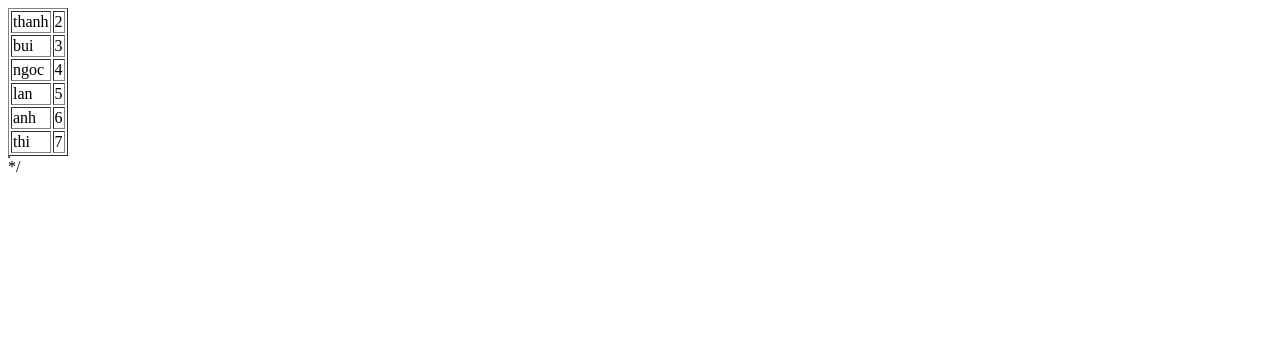
Repository: thanhbui99/java-eclipse
Page: http://localhost/exampleJsp/indexProcess.jsp
The author's editor kept a copy of each file at every save. The page is drawn from the files as they stood at one save, then again after the next save.
The browser window is 1280 px wide. The pictures show the whole page.
The page is served by Tomcat 9. Other server files are loaded and not shown.

Above is the page before, as saved 2020-10-30 12:08:10.

### workspace/exampleJsp/WebContent/indexProcess.jsp
<%@ page language="java" contentType="text/html; charset=UTF-8"
	pageEncoding="UTF-8"%>
<%@page import=" myPack.Users"%>
<%@page import="myPack.DAO"%>
<%@page import="myPack.Student"%>
<%@page import="myPack.StudentDAO"%>
<%@page import="java.util.*"%>
<!DOCTYPE html PUBLIC "-//W3C//DTD HTML 4.01 Transitional//EN" "http://www.w3.org/TR/html4/loose.dtd">
<html>
<head>
<meta http-equiv="Content-Type" content="text/html; charset=UTF-8">
<title>Index Process</title>
</head>
<body>
	<%
		request.setAttribute("indo", StudentDAO.exportStudent());
		RequestDispatcher rd = request.getRequestDispatcher("Display.jsp");
		rd.forward(request, response);
	%>
</body>
</html>

### workspace/exampleJsp/WebContent/Display.jsp
<%@ page language="java" contentType="text/html; charset=UTF-8"
	pageEncoding="UTF-8"%>
<%@ taglib prefix="c" uri="http://java.sun.com/jstl/core_rt"%>

<!DOCTYPE html PUBLIC "-//W3C//DTD HTML 4.01 Transitional//EN" "http://www.w3.org/TR/html4/loose.dtd">
<html>
<head>
<meta http-equiv="Content-Type" content="text/html; charset=UTF-8">
<title>Display Page</title>
</head>
<body>
	<table border="1">
		<c:forEach items="${indo}" var="list">
				<tr>
					<td>${list.name}</td>
					<td>${list.stt}</td>
				</tr>
		</c:forEach>
	</table>
	<table border="1">
		<c:forEach items="${indo}" var="list">
			<c:if test="${list.stt}>3">
				<tr>
					<td>${list.name}</td>
					<td>${list.stt}</td>
				</tr>
			</c:if>
		</c:forEach>
	</table>*/
</body>
</html>

### workspace/exampleJsp/src/myPack/StudentDAO.java
package myPack;

import java.util.*;

public class StudentDAO {
	public static List<Student> exportStudent() {
		List<Student> list = new ArrayList<Student>();
		list.add(new Student("thanh", 2));
		list.add(new Student("bui", 3));
		list.add(new Student("ngoc", 4));
		list.add(new Student("lan", 5));
		list.add(new Student("anh", 6));
		list.add(new Student("thi", 7));
		return list;
	}
}

### workspace/exampleJsp/src/myPack/Student.java
package myPack;

public class Student {
	private String name;
	private int stt;

	public Student(String name, int stt) {
		super();
		this.name = name;
		this.stt = stt;
	}

	public Student() {
		super();
	}

	public String getName() {
		return name;
	}

	public void setName(String name) {
		this.name = name;
	}

	public int getStt() {
		return stt;
	}

	public void setStt(int stt) {
		this.stt = stt;
	}

}

After the next save:
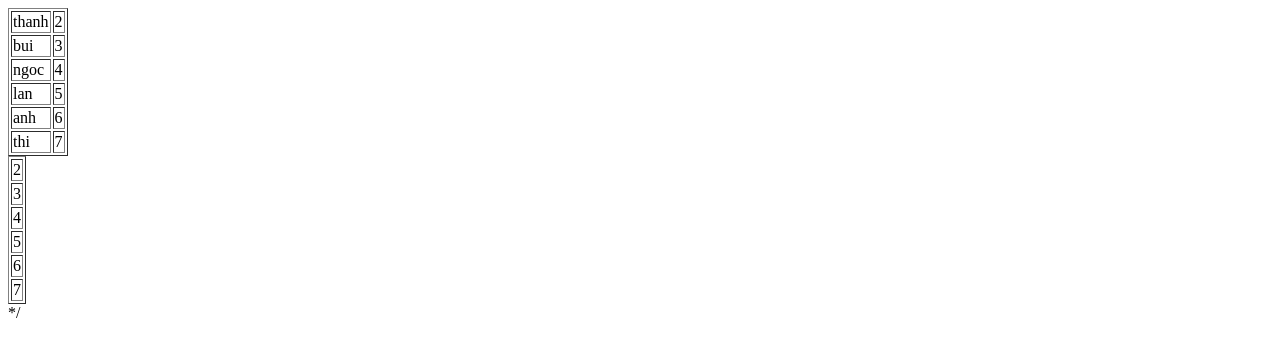
Saved 25 s later.
--- a/workspace/exampleJsp/WebContent/Display.jsp
+++ b/workspace/exampleJsp/WebContent/Display.jsp
@@ -19,12 +19,12 @@
 	</table>
 	<table border="1">
 		<c:forEach items="${indo}" var="list">
-			<c:if test="${list.stt}>3">
+
 				<tr>
-					<td>${list.name}</td>
+					<c:if test="${list.stt}>3"><td>${list.name}</td></c:if>
 					<td>${list.stt}</td>
 				</tr>
-			</c:if>
+
 		</c:forEach>
 	</table>*/
 </body>

After the save that followed:
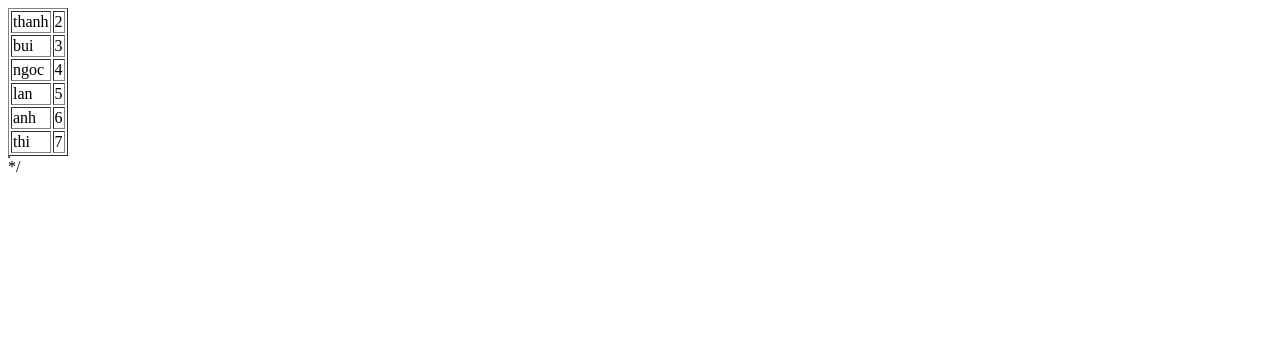
Saved 28 s later.
--- a/workspace/exampleJsp/WebContent/Display.jsp
+++ b/workspace/exampleJsp/WebContent/Display.jsp
@@ -22,7 +22,7 @@
 
 				<tr>
 					<c:if test="${list.stt}>3"><td>${list.name}</td></c:if>
-					<td>${list.stt}</td>
+					<c:if test="${list.stt}>3"><td>${list.stt}</td></c:if>
 				</tr>
 
 		</c:forEach>
